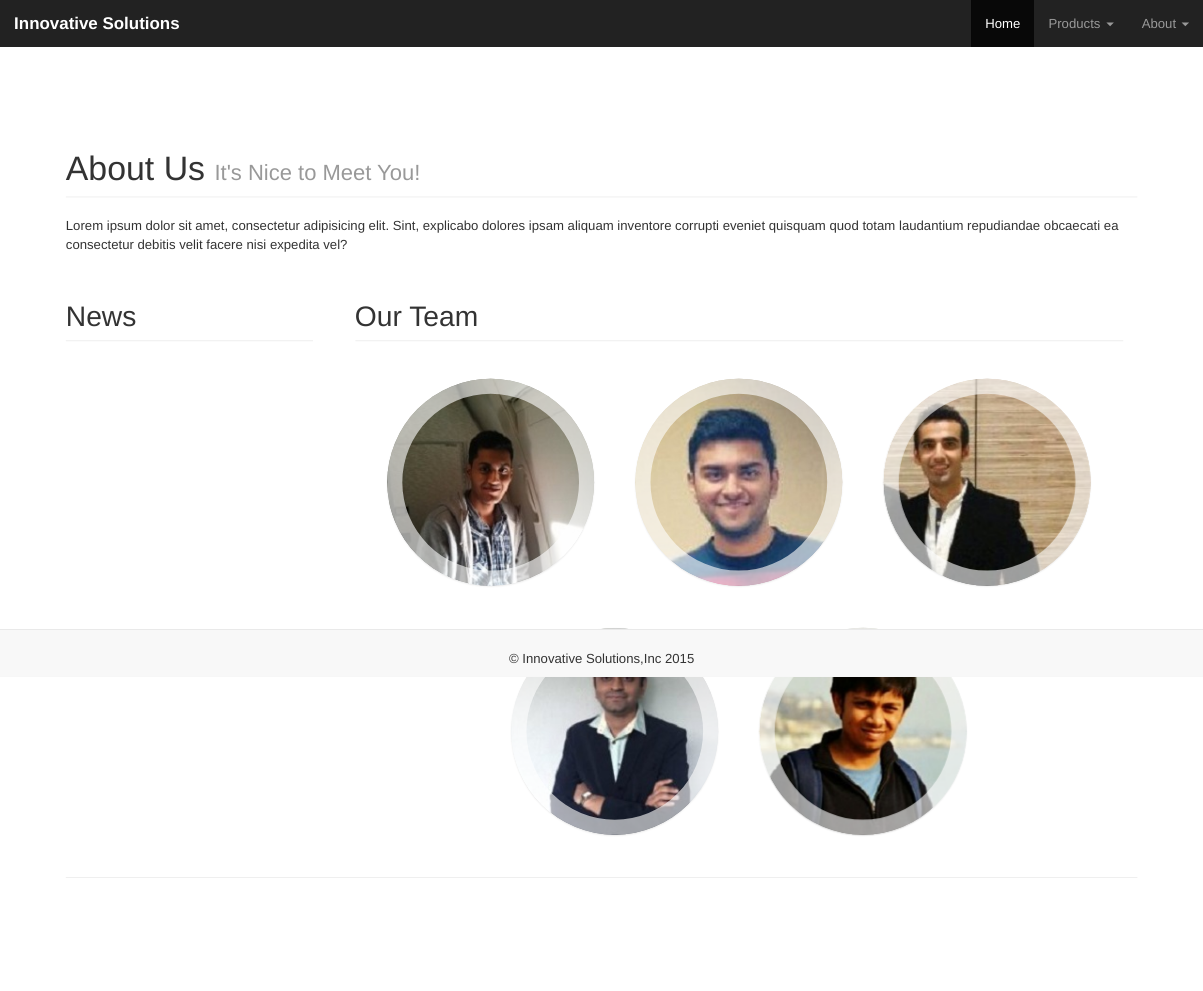
Repository: snketdesai/CMPE-280
Page: team.html
The author's editor kept a record of every edit. The page is drawn from the files as they stood at one moment, then again after the next edit.
The browser window is 1280 px wide. The pictures show the whole page, at 94% of full size.
Some web libraries are served in a nearby version.

Above is the page before.

After the next edit:
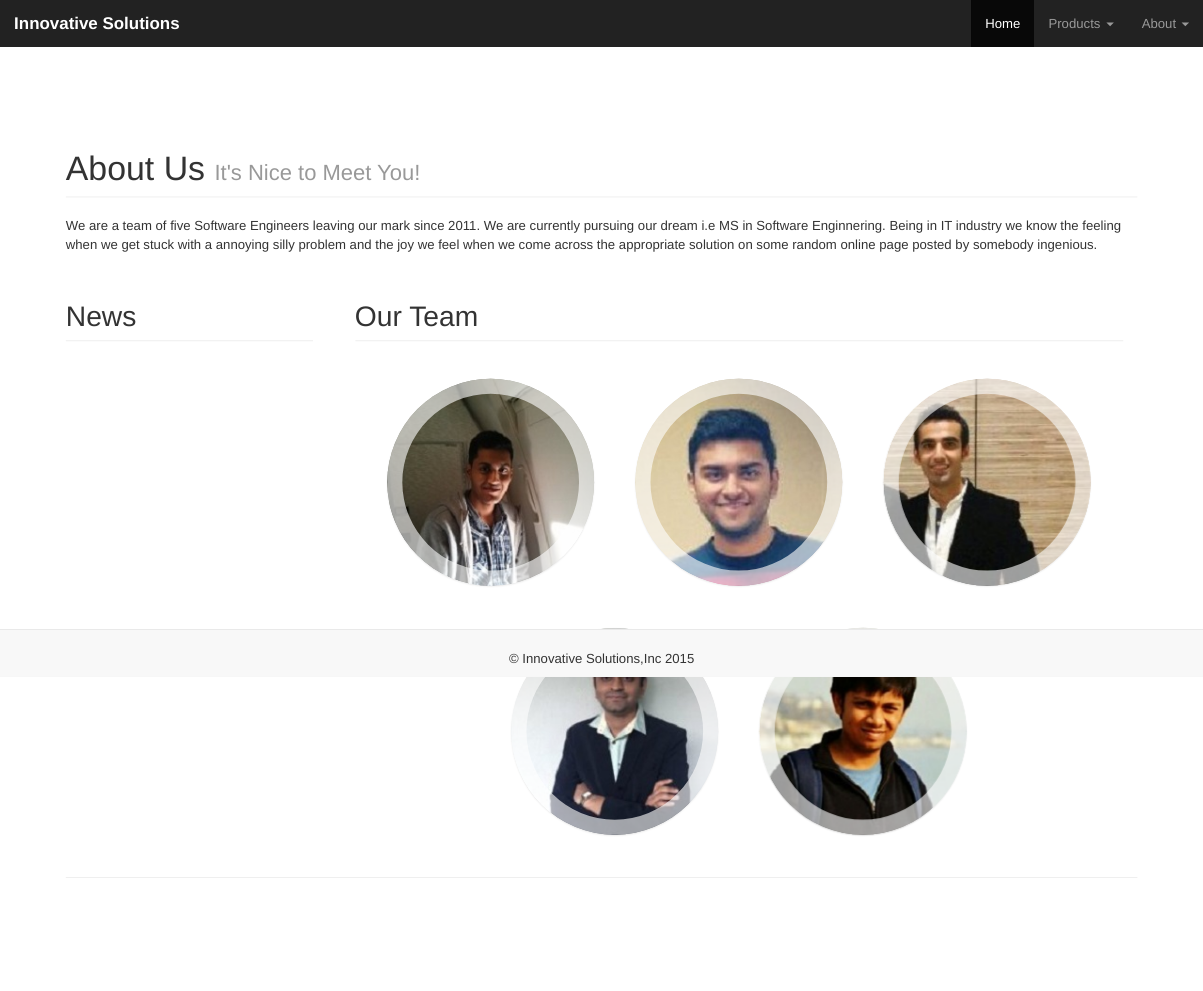
The edit:
--- a/team.html
+++ b/team.html
@@ -67,7 +67,7 @@
                 <h1 class="page-header">About Us
                     <small>It's Nice to Meet You!</small>
                 </h1>
-                <p>Lorem ipsum dolor sit amet, consectetur adipisicing elit. Sint, explicabo dolores ipsam aliquam inventore corrupti eveniet quisquam quod totam laudantium repudiandae obcaecati ea consectetur debitis velit facere nisi expedita vel?</p>
+                <p>We are a team of five Software Engineers leaving our mark since 2011. We are currently pursuing our dream i.e  MS in Software Enginnering. Being in IT industry we know the feeling when we get stuck with a annoying silly problem and the joy we feel when we come across the appropriate solution on some random online page posted by somebody ingenious.</p>
             </div>
         </div>
         <!-- Team Members Row -->
